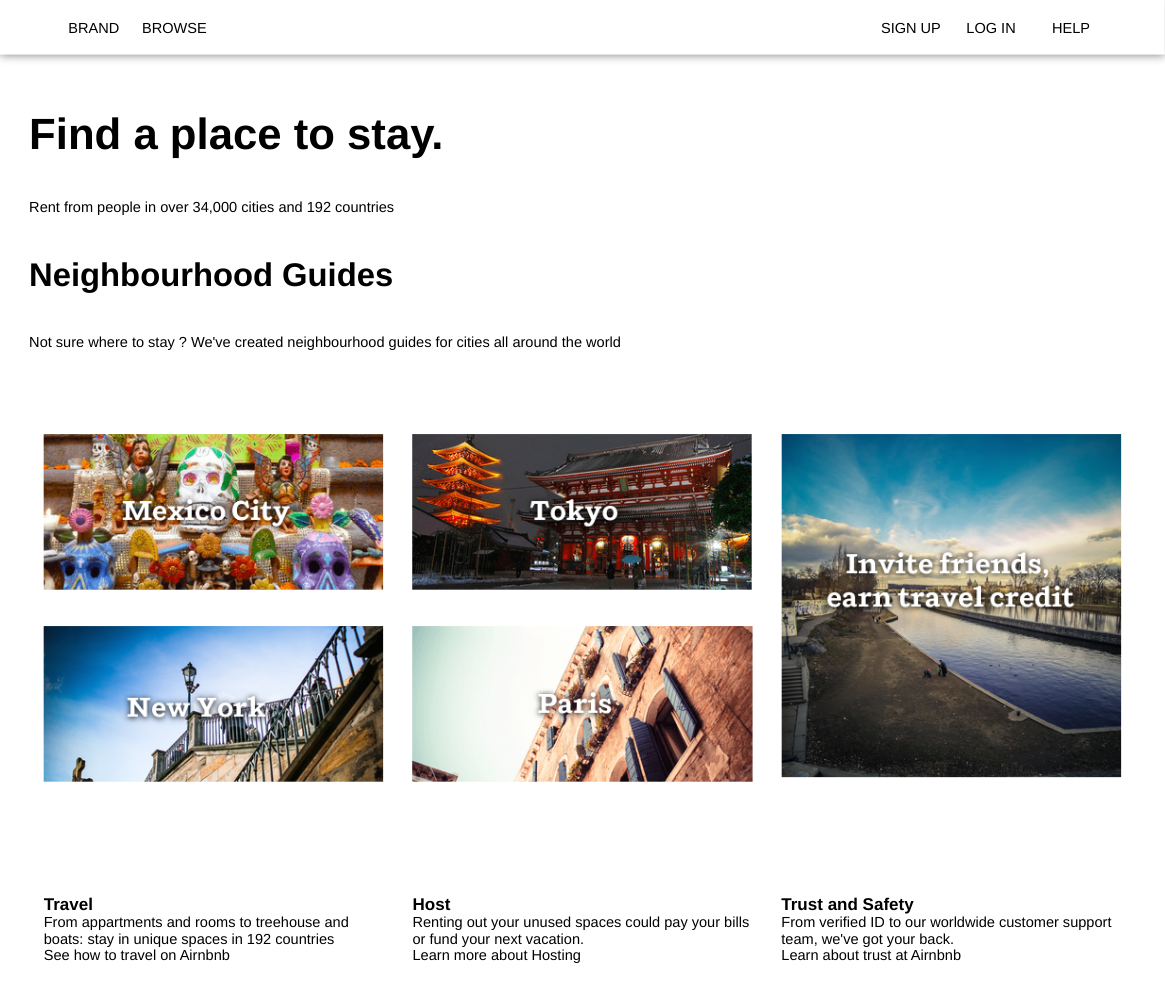
Repository: Naohonproject/web101x02-asm3
Page: Project3.html
The author's editor kept a copy of each file at every save. The page is drawn from the files as they stood at one save, then again after the next save.
The browser window is 1280 px wide. The pictures show the whole page, at 91% of full size.

Above is the page before, as saved 2022-01-22 14:49:56.

After the next save:
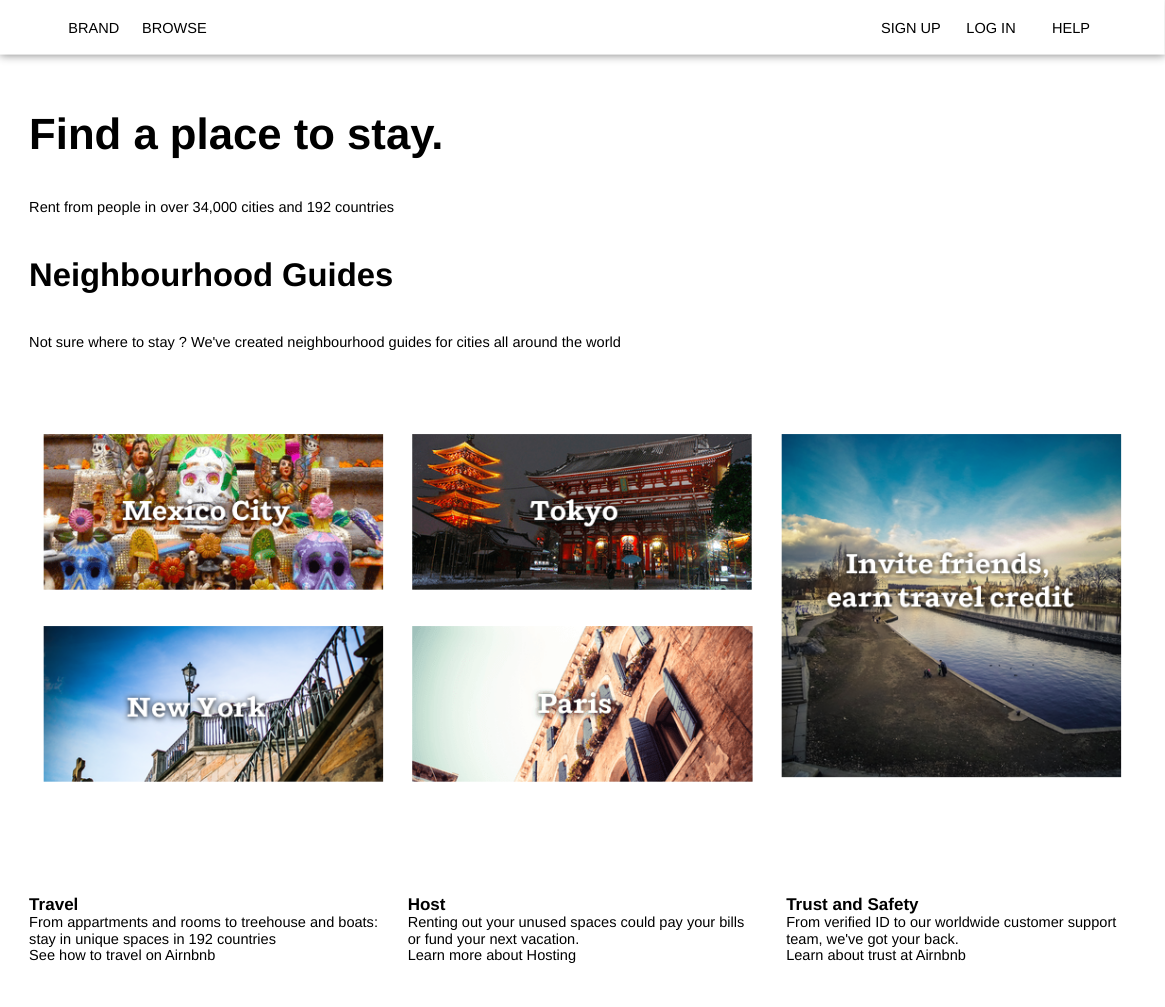
Saved 48 s later.
--- a/assets/css/responsive.css
+++ b/assets/css/responsive.css
@@ -96,6 +96,9 @@
 	.nav-bar a {
 		color: #000;
 	}
+	.row {
+		margin: 0 -16px;
+	}
 
 	.col-desktop-1 {
 		width: 8.33%;
